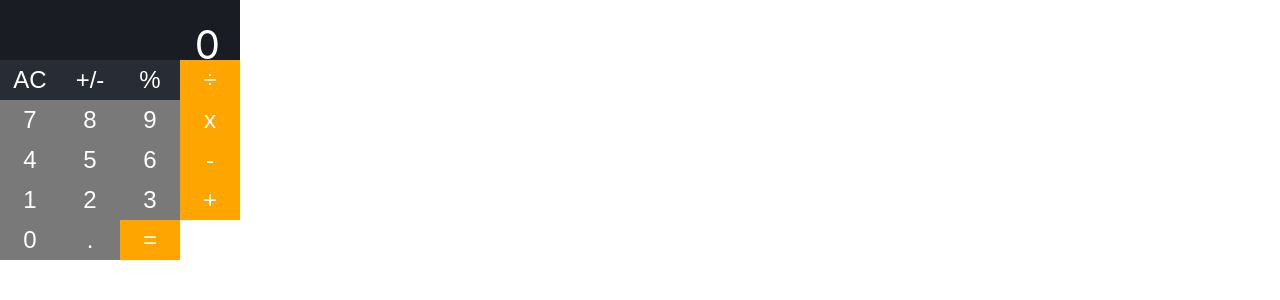
Repository: catsarenotreal/CalculatorWebApp
Page: /
An editor plug-in stored every save of this project. The page is shown before and after the next save, followed by the edit.
The browser window is 1280 px wide. The pictures show the whole page.
The project was rebuilt for these pictures with package versions that can differ from the ones it lists, and the page was loaded fresh each time.

Above is the page before, as saved 2024-08-23 10:32:17.

After the next save:
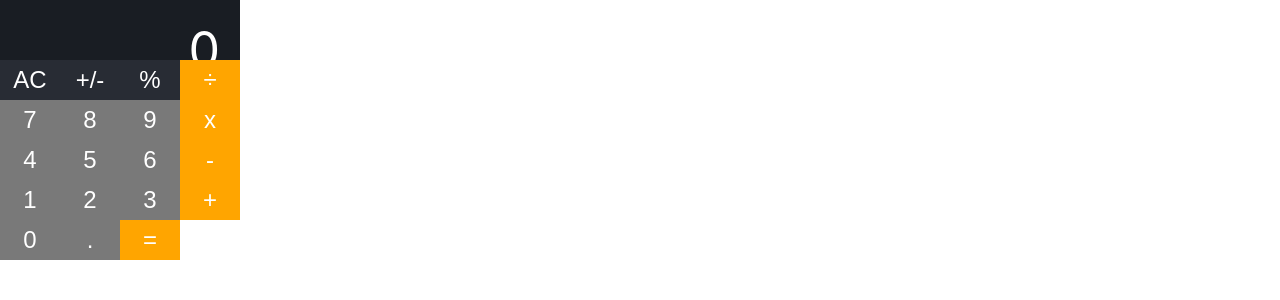
Saved 22 s later.
--- a/src/App.css
+++ b/src/App.css
@@ -54,12 +54,12 @@
 
 .DisplayScreen{
   width: 200px;
-  height: 30px;
+  height: 20px;
   padding:20px;
   /* font-size: 100;
    */
-  font-size:40px;
-  padding-bottom: 10px;
+  font-size:50px;
+  padding-bottom: ;
   text-align: right;
 
   background-color: #191d23;
